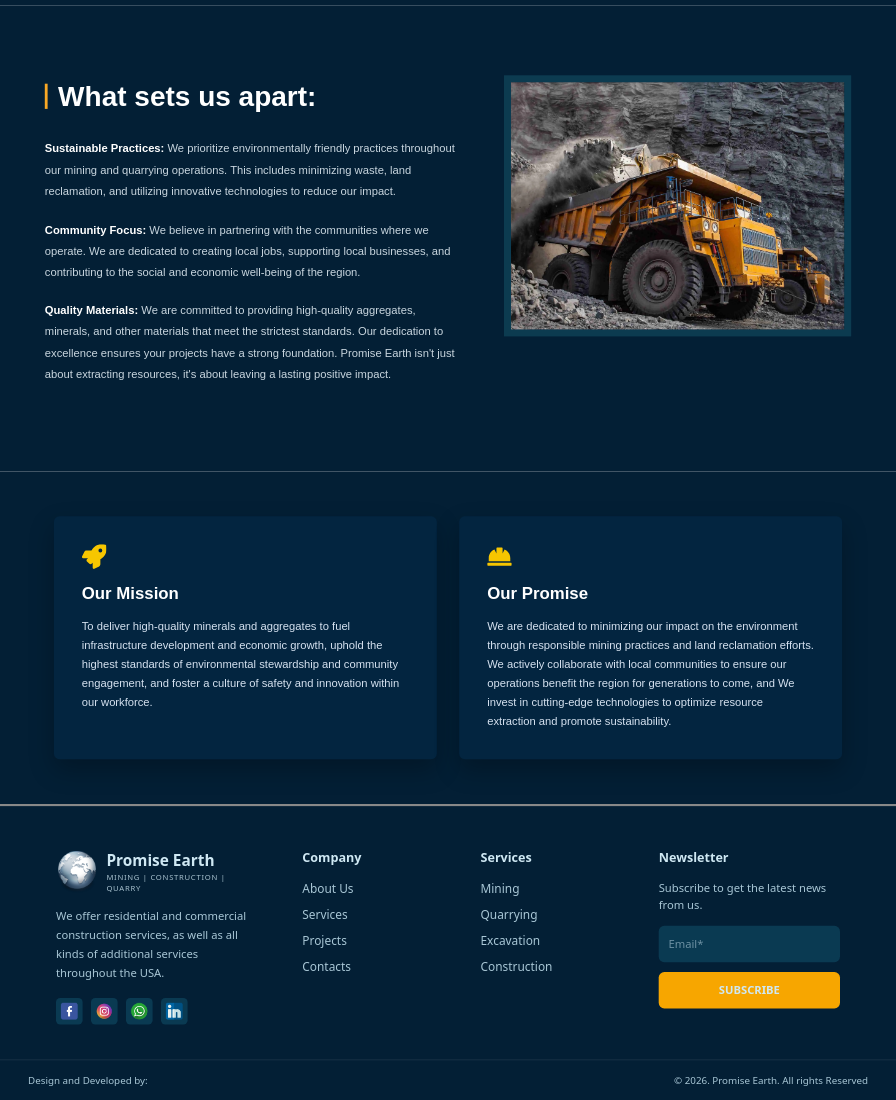
Repository: KC-Minchakpu/promise-earth
Page: /AboutUs
An editor plug-in stored every save of this project. The page is shown before and after the next save, followed by the edit.
The browser window is 1280 px wide. The pictures show the part of the page from y = 1501 to 3421 px (the page is 3073 px tall before and 3421 px after), at 70% of full size.
The project was rebuilt for these pictures with package versions that can differ from the ones it lists, and the page was loaded fresh each time. The framework's server and built-in components were replaced by stand-ins that run in the browser. Also part of the build but not shown: next.config.ts.

Above is the page before, as saved 2026-02-27 12:55:49.

### src/app/layout.tsx
import type { Metadata } from "next";
import { Play, Poppins } from "next/font/google";
import "./globals.css";
import Header from "@/components/Header/Header";
import Footer from "@/components/Footer/Footer";

const play = Play({
  variable: "--font-play",
  subsets: ["latin"],
  weight: ["400", "700"],
});

const poppins = Poppins({
  variable: "--font-poppins",
  subsets: ["latin"],
  weight: ["300", "400", "500", "600", "700"],
});

export const metadata: Metadata = {
  title: "Promise Earth | Home",
  description: "Promise Earth is a construction company that delivers high-quality projects with expertise and dedication.",
};

export default function RootLayout({
  children,
}: Readonly<{
  children: React.ReactNode;
}>) {
  return (
    <html lang="en">
      <body
        className={`${play.variable} ${poppins.variable} antialiased`}
      >
        <Header />
        {children}
        <Footer />
      </body>
    </html>
  );
}

### src/app/AboutUs/page.tsx
import AboutHero from "@/components/About/AboutHero";
import AboutSection from "@/components/About/AboutSection";
import MissionSection from "@/components/About/MissionSection";
import WhatSetsUsApart from "@/components/About/WhatSetsUsApart";


export default function AboutUsPage() {
  return (
    <>
      <AboutHero />
      <AboutSection />
      <WhatSetsUsApart />
      <MissionSection />
    </>
  );
}

### src/app/globals.css
@import "tailwindcss";

:root {
  --background: #ffffff;
  --foreground: #171717;
}


@media (prefers-color-scheme: dark) {
  :root {
    --background: #0a0a0a;
    --foreground: #ededed;
  }
}

body {
  background: var(--background);
  color: var(--foreground);
  font-family: Arial, Helvetica, sans-serif;
}

### src/components/Footer/Footer.tsx
// Footer.tsx
import styles from "./Footer.module.css";
import Link from "next/link";
import Image from "next/image";

export default function Footer() {
  return (
    <footer className={styles.footer}>
      <div className={styles.container}>
        {/* Column 1 */}
        <div className={styles.colBrand}>
          <div className={styles.logoRow}>
            <Image
            src="/images/globe.png"
            alt="Promise Earth logo"
            width={60}
            height={60}
            className={styles.logoImage}
            priority
            />
            <div>
              <div className={styles.brand}>Promise Earth</div>
              <div className={styles.subBrand}>MINING | CONSTRUCTION | QUARRY</div>
            </div>
          </div>

          <p className={styles.desc}>
            We offer residential and commercial construction services, as well
            as all kinds of additional services throughout the USA.
          </p>

          <div className={styles.socials}>
      <a
        href="https://www.facebook.com/yourpage"
        target="_blank"
        rel="noopener noreferrer"
        aria-label="Facebook"
        className={styles.social}
      >
        <Image
          src="/icons/facebook.png"
          alt="Facebook"
          width={24}
          height={24}
        />
      </a>

      <a
        href="https://www.instagram.com/yourpage"
        target="_blank"
        rel="noopener noreferrer"
        aria-label="Instagram"
        className={styles.social}
      >
        <Image
          src="/icons/instagram.png"
          alt="Instagram"
          width={24}
          height={24}
        />
      </a>

      <a
        href="https://whatsapp.com/yourpage"
        target="_blank"
        rel="noopener noreferrer"
        aria-label="WhatsApp"
        className={styles.social}
      >
        <Image
          src="/icons/whatsapp.png"
          alt="WhatsApp"
          width={24}
          height={24}
        />
      </a>

      <a
        href="https://www.linkedin.com/@yourchannel"
        target="_blank"
        rel="noopener noreferrer"
        aria-label="LinkedIn"
        className={styles.social}
      >
        <Image
          src="/icons/linkedin.png"
          alt="LinkedIn"
          width={24}
          height={24}
        />
      </a>
    </div>
        </div>

        {/* Column 2 */}
        <div className={styles.col}>
          <h4 className={styles.heading}>Company</h4>
          <ul className={styles.links}>
            <li><Link href="/sectors" className={styles.link}>About Us</Link></li>
            <li><Link href="/services" className={styles.link}>Services</Link></li>
            <li><Link href="/projects" className={styles.link}>Projects</Link></li>
            <li><Link href="/contacts" className={styles.link}>Contacts</Link></li>
          </ul>
        </div>

        {/* Column 3 */}
        <div className={styles.col}>
          <h4 className={styles.heading}>Services</h4>
          <ul className={styles.links}>
            <li><Link href="/services/project-management" className={styles.link}>Mining</Link></li>
            <li><Link href="/services/design-build" className={styles.link}>Quarrying</Link></li>
            <li><Link href="/services/remodeling" className={styles.link}>Excavation</Link></li>
            <li><Link href="/services/construction" className={styles.link}>Construction</Link></li>
          </ul>
        </div>

        {/* Column 4 */}
        <div className={styles.colNewsletter}>
          <h4 className={styles.heading}>Newsletter</h4>
          <p className={styles.newsText}>
            Subscribe to get the latest news from us.
          </p>

          <input
            type="email"
            placeholder="Email*"
            className={styles.input}
          />
          <button className={styles.button}>SUBSCRIBE</button>
        </div>
      </div>

      <div className={styles.bottomBar}>
        <span>Design and Developed by: </span>
        <span>&copy; 2026. Promise Earth. All rights Reserved</span>
      </div>
    </footer>
  );
}

### src/components/About/AboutHero.tsx
import Image from "next/image";
import styles from "./AboutHero.module.css";

const AboutHero = () => {
  return (
    <section className={styles.hero}>
      {/* Background Image */}
      <Image
        src="/images/excavation.jpg"
        alt="Breaking Gravel"
        fill
        priority
        className={styles.bgImage}
      />

      {/* Overlay */}
      <div className={styles.overlay} />

      {/* Content */}
      <div className={styles.content}>
        <span className={styles.label}>About Us</span>

        <h1 className={styles.title}>
          Promise Earth is a Mining, construction & engineering company that offers
          its services throughout Nigeria.
        </h1>
      </div>
    </section>
  );
};

export default AboutHero;

### src/components/About/AboutSection.tsx
import Image from "next/image";
import styles from "./AboutSection.module.css";

const AboutSection = () => {
  return (
    <section className={styles.section}>
      <div className={styles.container}>

        {/* Left Image */}
        <div className={styles.imageWrapper}>
          <div className={styles.imageFrame}>
            <Image
              src="/images/about.jpg"
              alt="Construction Gears"
              fill
              className={styles.image}
            />
          </div>
        </div>

        {/* Right Content */}
        <div className={styles.content}>
          <h2 className={styles.heading}>
            <span className={styles.accent}></span>
            About Promise Earth<span className={styles.dot}>.</span>
          </h2>

          <h2 className={styles.lead}>
            Building the Future, Responsibly
          </h2>

          <p>
            At Promise Earth, we are a leading mining and quarrying company committed to supplying the
            essential materials that fuel infrastructure development and economic growth. We extract
            and process a variety of minerals and aggregates, ensuring a steady supply for construction,
            manufacturing, and other vital industries.
          </p>

          <p>
            Our company has a rich history in the mining and quarrying industry,
            dating back to the early 2000s. Over the years, we have established a reputation for excellence,
            built on a foundation of:
          </p>

          <ul className={styles.list}>
            <li>Commitment to quality</li>
            <li>Environmental responsibility</li>
            <li>Safety focus</li>
            <li>Community Focus</li>
          </ul>
        </div>
      </div>
    </section>
  );
};

export default AboutSection;

### src/components/About/MissionSection.tsx
import styles from "./MissionSection.module.css";
import { FaRocket, FaHardHat } from "react-icons/fa";

const MissionSection = () => {
  return (
    <section className={styles.section}>
      <div className={styles.card}>
        <div className={styles.icon}>
          <FaRocket />
        </div>
        <h3 className={styles.title}>Our Mission</h3>
        <p className={styles.text}>
          To deliver high-quality minerals and aggregates to fuel infrastructure development and economic
          growth, uphold the highest standards of environmental stewardship and community engagement, and
          foster a culture of safety and innovation within our workforce.
        </p>
      </div>

      <div className={styles.card}>
        <div className={styles.icon}>
          <FaHardHat />
        </div>
        <h3 className={styles.title}>Our Promise</h3>
        <p className={styles.text}>
          We are dedicated to minimizing our impact on the environment through responsible mining
          practices and land reclamation efforts. We actively collaborate with local communities to
          ensure our operations benefit the region for generations to come, and We invest in cutting-edge
          technologies to optimize resource extraction and promote sustainability.
        </p>
      </div>
    </section>
  );
};

export default MissionSection;

### src/components/About/WhatSetsUsApart.tsx
import Image from "next/image";
import styles from "./WhatSetsUsApart.module.css";

const WhatSetsUsApart = () => {
  return (
    <section className={styles.section}>
      <div className={styles.container}>

        {/* LEFT CONTENT */}
        <div className={styles.textContent}>
          <h2 className={styles.heading}>
            <span className={styles.accent}></span>
            What sets us apart:
          </h2>

          <p>
            <span className={styles.bold}>Sustainable Practices:</span>{" "}
            We prioritize environmentally friendly practices throughout our
            mining and quarrying operations. This includes minimizing waste,
            land reclamation, and utilizing innovative technologies to reduce
            our impact.
          </p>

          <p>
            <span className={styles.bold}>Community Focus:</span>{" "}
            We believe in partnering with the communities where we operate. We
            are dedicated to creating local jobs, supporting local businesses,
            and contributing to the social and economic well-being of the
            region.
          </p>

          <p>
            <span className={styles.bold}>Quality Materials:</span>{" "}
            We are committed to providing high-quality aggregates, minerals,
            and other materials that meet the strictest standards. Our
            dedication to excellence ensures your projects have a strong
            foundation. Promise Earth isn&apos;t just about extracting resources,
            it&apos;s about leaving a lasting positive impact.
          </p>
        </div>

        {/* RIGHT IMAGE */}
        <div className={styles.imageWrapper}>
          <div className={styles.imageFrame}>
            <Image
              src="/images/Mining-3.webp"
              alt="Mining truck at quarry site"
              fill
              className={styles.image}
            />
          </div>
        </div>

      </div>
    </section>
  );
};

export default WhatSetsUsApart;

### src/components/Header/Header.module.css
.header {
  position: sticky;
  top: 0;
  z-index: 9999;
  transition: all 0.3s ease;
}

.scrolled {
  box-shadow: 0 6px 20px rgba(0, 0, 0, 0.15);
}

.topBar {
  background: linear-gradient(to right, #0f2b3a, #0c1f2a);
  color: #ffffff;
  font-size: 14px;
  font-family: "Play", sans-serif;
  border-bottom: 1px solid #888888;
}

.topContainer {
  max-width: 1200px;
  margin: auto;
  padding: 8px 20px;
  display: flex;
  justify-content: space-between;
  align-items: center;
}

.topLeft span {
  margin-right: 25px;
}

.topRight a {
  margin-left: 8px;
  display: inline-block;
}

/* NAVBAR */
.navbar {
  background: #0d2533;
  color: white;
}

.navContainer {
  max-width: 1200px;
  margin: auto;
  padding: 18px 20px;
  display: flex;
  align-items: center;
  justify-content: space-between;
}

/* LOGO */
.logo {
  display: flex;
  align-items: center;
  gap: 10px;
  font-size: 28px;
  font-weight: bold;
  font-family: "Play", sans-serif;
  text-decoration: none;
  color: white;
}

/* NAV LINKS */
.navLinks {
  display: flex;
  align-items: center;
  gap: 30px;
}

.navLinks a {
  color: white;
  text-decoration: none;
  font-size: 19px;
  font-weight: 500;
  transition: color 0.3s ease;
  font-family: "Play", sans-serif;
}

.navLinks a:hover {
  color: #ffae00;
}

.active {
  color: #ffbb00 !important;
}

/* DROPDOWN  */
.dropdown {
  position: relative;
}

.dropBtn {
  background: none;
  border: none;
  color: white;
  font-weight: 500;
  font-size: 19px;
  display: flex;
  align-items: center;
  gap: 5px;
  cursor: pointer;
  transition: color 0.3s ease;
}

.dropBtn:hover {
  color: #ffc400;
}

.dropdownMenu {
  position: absolute;
  top: 100%;
  left: 0;
  margin-top: 0;
  background: #111111;
  min-width: 250px;
  border-radius: 6px;
  box-shadow: 0 10px 25px rgba(0, 0, 0, 0.15);
  opacity: 0;
  transform: translateY(10px);
  pointer-events: none;
  transition: all 0.25s ease;
}

.showDropdown {
  opacity: 1;
  transform: translateY(0);
  pointer-events: auto;
}

.dropdownMenu a {
  display: block;
  padding: 12px 18px;
  color: #ffffff;
  text-decoration: none;
  transition: background 0.3s ease;
}

.dropdownMenu a:hover {
   color: #ffc400;
}

/* CTA  */
.cta a {
  background: #ff6600;
  padding: 12px 24px;
  border-radius: 6px;
  color: white;
  text-decoration: none;
  font-weight: bold;
  transition: all 0.3s ease;
}

.cta a:hover {
  background: #e65c00;
  transform: translateY(-2px);
}

/*  MOBILE  */
.mobileToggle {
  display: none;
  cursor: pointer;
}

@media (max-width: 992px) {
  .navLinks {
    position: absolute;
    top: 80px;
    left: 0;
    width: 100%;
    background: #0d2533;
    flex-direction: column;
    padding: 20px;
    display: none;
  }

  .show {
    display: flex;
  }

  .cta {
    display: none;
  }

  .mobileToggle {
    display: block;
  }

  .dropdownMenu {
    position: relative;
    top: 0;
    box-shadow: none;
    opacity: 1;
    transform: none;
    pointer-events: auto;
    background: #112f40;
  }

  .dropdownMenu a {
    color: white;
  }
}

### src/components/Footer/Footer.module.css
.footer {
  background: #031f35;
  color: #cfe8f3;
  padding-top: 60px;
  font-family: system-ui, -apple-system, Segoe UI, Roboto, sans-serif;
  border-top: 3px solid #888888;
}

.container {
  max-width: 1200px;
  margin: 0 auto;
  display: grid;
  grid-template-columns: 1.5fr 1fr 1fr 1.2fr;
  gap: 60px;
  padding: 0 40px 50px;
}

.logoRow {
  display: flex;
  align-items: center;
  gap: 12px;
  margin-bottom: 18px;
}

.logoIcon {
  font-size: 34px;
}

.brand {
  font-size: 22px;
  font-weight: 700;
}

.subBrand {
  font-size: 11px;
  letter-spacing: 1px;
  opacity: 0.8;
}

.desc {
  margin-top: 10px;
  line-height: 1.7;
  color: #a9c7d6;
}

.socials {
  margin-top: 22px;
  display: flex;
  gap: 12px;
}

.social {
  width: 38px;
  height: 38px;
  display: grid;
  place-items: center;
  background: #0a3a52;
  border-radius: 6px;
  cursor: pointer;
  font-size: 14px;
}

.heading {
  font-size: 18px;
  font-weight: 700;
  margin-bottom: 18px;
}

.links {
  list-style: none;
  font-family: "Play" sans-serif;
  font-size: 17px;
  padding: 0;
  margin: 0;
  display: grid;
  gap: 12px;
  color: #a9c7d6;
}
 .links :hover {
    color: #f7a600;
    text-decoration: underline;
 }

.colNewsletter {
  display: flex;
  flex-direction: column;
}

.newsText {
  color: #a9c7d6;
  margin-bottom: 18px;
}

.input {
  background: #0a3a52;
  border: none;
  padding: 14px;
  border-radius: 8px;
  color: #cfe8f3;
  margin-bottom: 14px;
}

.button {
  background: #f7a600;
  border: none;
  padding: 14px;
  border-radius: 8px;
  font-weight: 700;
  cursor: pointer;
}

.bottomBar {
  border-top: 1px solid rgba(255,255,255,0.1);
  display: flex;
  justify-content: space-between;
  padding: 18px 40px;
  color: #a9c7d6;
  font-size: 14px;
}

### src/components/About/AboutHero.module.css
.hero {
  position: relative;
  width: 100%;
  height: 75vh;
  min-height: 480px;
  display: flex;
  align-items: center;
  overflow: hidden;
}

.bgImage {
  object-fit: cover;
  object-position: center;
  z-index: 0;
}

.overlay {
  position: absolute;
  inset: 0;
  background: rgba(6, 20, 35, 0.7);
  z-index: 1;
}

.content {
  position: relative;
  z-index: 2;
  max-width: 720px;
  padding: 0 4rem;
  color: #ffffff;
}

.label {
  display: inline-block;
  font-size: 1.75rem;
  font-weight: 700;
  margin-bottom: 1rem;
  position: relative;
  padding-left: 1rem;
}

.label::before {
  content: "";
  position: absolute;
  left: 0;
  top: 50%;
  width: 4px;
  height: 70%;
  background-color: #f9a825;
  transform: translateY(-50%);
}

.title {
  font-size: 1.25rem;
  line-height: 1.8;
  font-weight: 400;
  color: #e5e7eb;
}

/* Responsive */
@media (max-width: 768px) {
  .content {
    padding: 0 1.5rem;
  }

  .label {
    font-size: 1.5rem;
  }

  .title {
    font-size: 1.1rem;
  }
}

### src/components/About/AboutSection.module.css
.section {
  background-color: #031f35;
  padding: 100px 0;
  color: #ffffff;
}

.container {
  width: 90%;
  max-width: 1200px;
  margin: 0 auto;
  display: grid;
  grid-template-columns: 1fr 1.2fr;
  gap: 60px;
  align-items: center;
}

/* IMAGE */

.imageWrapper {
  display: flex;
  justify-content: center;
}

.imageFrame {
  position: relative;
  width: 100%;
  max-width: 500px;
  aspect-ratio: 4 / 5;
  border: 10px solid #0c3b50;
}

.image {
  object-fit: cover;
}

/* CONTENT */

.content {
  display: flex;
  flex-direction: column;
  gap: 20px;
}

.heading {
  display: flex;
  align-items: center;
  font-size: 2.5rem;
  font-weight: 700;
  margin-bottom: 10px;
  position: relative;
}

.accent {
  width: 4px;
  height: 35px;
  background-color: #f9a825;
  margin-right: 15px;
}

.dot {
  color: #00bfff;
}

.lead {
  font-weight: 600;
  color: #d6e2ea;
  font-size: 2rem;
}

.content p {
  color: #c9d6df;
  line-height: 1.8;
  font-size: 1rem;
}

/* LIST */

.list {
  list-style: none;
  padding: 0;
  margin-top: 10px;
}

.list li {
  position: relative;
  padding-left: 20px;
  margin-bottom: 10px;
  color: #ffffff;
}

.list li::before {
  content: "–";
  position: absolute;
  left: 0;
  color: #00bfff;
  font-weight: bold;
}

/* RESPONSIVE */

@media (max-width: 992px) {
  .container {
    grid-template-columns: 1fr;
    text-align: center;
  }

  .heading {
    justify-content: center;
  }

  .accent {
    display: none;
  }

  .imageFrame {
    max-width: 400px;
  }
}

### src/components/About/MissionSection.module.css
.section {
  display: flex;
  gap: 2rem;
  padding: 4rem 6%;
  background: #031f35;
}

.card {
  flex: 1;
  background-color: #032540;
  padding: 2.5rem;
  border-radius: 8px;
  box-shadow: 0 15px 35px rgba(0, 0, 0, 0.25);
  color: #ffffff;
}

.icon {
  font-size: 2.2rem;
  color: #f7c600;
  margin-bottom: 1rem;
}

.title {
  font-size: 1.5rem;
  font-weight: 700;
  margin-bottom: 1rem;
}

.text {
  font-size: 1rem;
  line-height: 1.7;
  color: #d6e2f0;
}

/* Responsive */
@media (max-width: 768px) {
  .section {
    flex-direction: column;
  }
}

### src/components/About/WhatSetsUsApart.module.css
.section {
  background-color: #031f35;
  padding: 100px 0;
  color: #ffffff;
}

.container {
  width: 90%;
  max-width: 1200px;
  margin: 0 auto;
  display: grid;
  grid-template-columns: 1.2fr 1fr;
  gap: 60px;
  align-items: start;
}

/* TEXT */

.textContent {
  color: #ffffff;
}

.heading {
  display: flex;
  align-items: center;
  font-size: 2.5rem;
  font-weight: 700;
  margin-bottom: 30px;
}

.accent {
  width: 4px;
  height: 36px;
  background-color: #f9a825;
  margin-right: 15px;
}

.textContent p {
  font-size: 1rem;
  line-height: 1.9;
  color: #c9d6df;
  margin-bottom: 24px;
}

.bold {
  font-weight: 700;
  color: #ffffff;
}

/* IMAGE */

.imageWrapper {
  display: flex;
  justify-content: center;
}

.imageFrame {
  position: relative;
  width: 100%;
  max-width: 520px;
  aspect-ratio: 4 / 3;
  border: 10px solid #0c3b50; /* SAME frame style */
}

.image {
  object-fit: cover;
}

/* RESPONSIVE */

@media (max-width: 992px) {
  .container {
    grid-template-columns: 1fr;
    gap: 40px;
  }

  .heading {
    justify-content: center;
    text-align: center;
  }

  .accent {
    display: none;
  }

  .imageFrame {
    max-width: 420px;
  }
}

### src/components/About/CallToAction.tsx
import styles from "./CallToAction.module.css";

const CallToAction = () => {
  return (
    <section className={styles.cta}>
      <h2 className={styles.heading}>
        Contact Us to Specify Your Next
        <br />
        Project Details Right Now!
      </h2>

      <button className={styles.button}>
        REQUEST A QUOTE
      </button>
    </section>
  );
};

export default CallToAction;

### src/components/About/CallToAction.module.css
.cta {
  padding: 5rem 6%;
  background: #031f35;
  text-align: center;
}

.heading {
  font-size: 2.2rem;
  font-weight: 800;
  color: #ffffff;
  line-height: 1.4;
  margin-bottom: 2.5rem;
}

.button {
  background-color: #ffb400;
  color: #ffffff;
  border: none;
  padding: 0.9rem 2.5rem;
  font-size: 0.85rem;
  font-weight: 700;
  letter-spacing: 1px;
  border-radius: 8px;
  cursor: pointer;
  transition: all 0.25s ease;
}

.button:hover {
  background-color: #e6a200;
  transform: translateY(-2px);
  box-shadow: 0 10px 25px rgba(0, 0, 0, 0.25);
}

/* Responsive */
@media (max-width: 768px) {
  .heading {
    font-size: 1.7rem;
  }
}

Loaded but not shown: src/components/Header/Header.tsx (185 lines, source omitted)

After the next save:
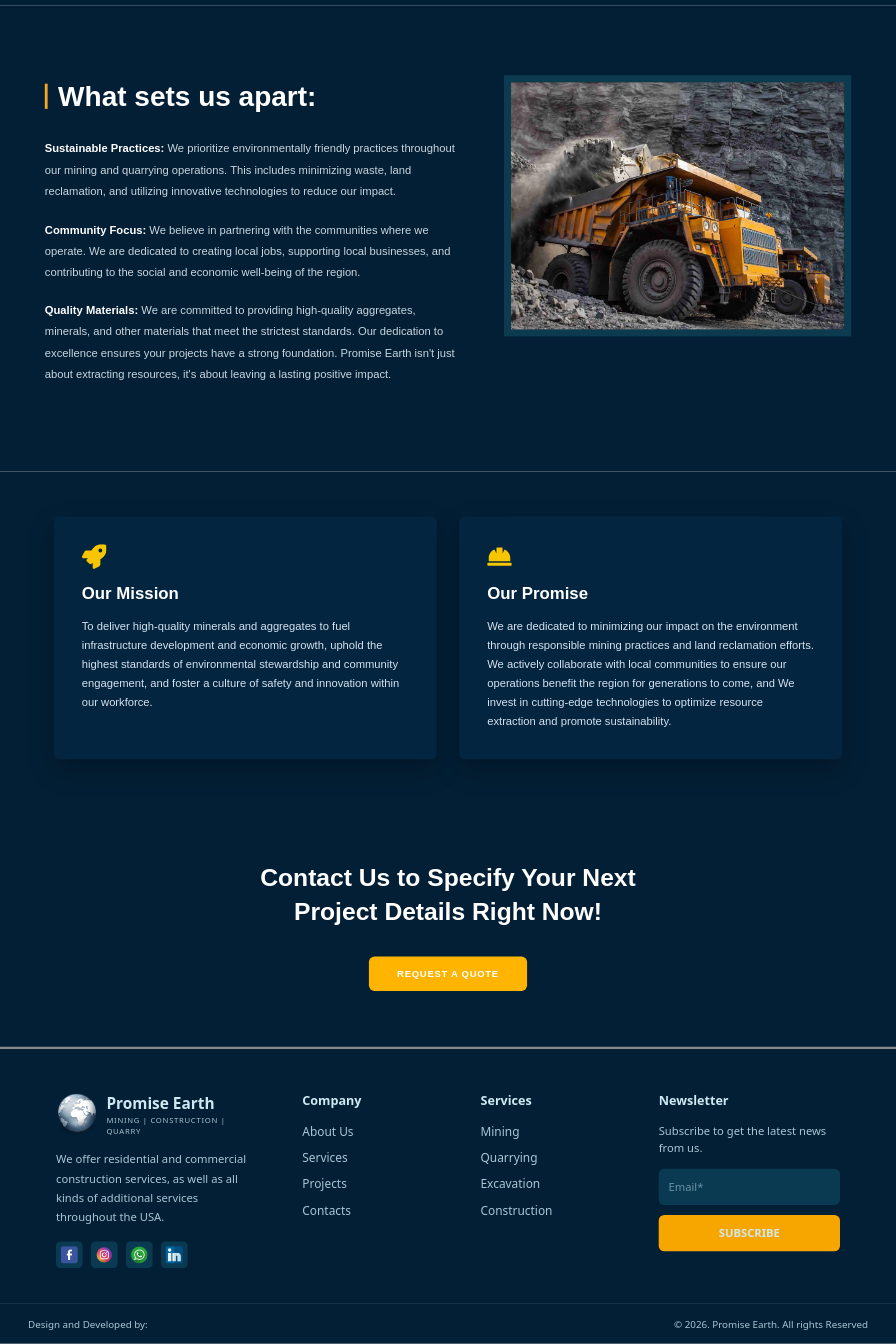
Saved 45 s later.
--- a/src/app/AboutUs/page.tsx
+++ b/src/app/AboutUs/page.tsx
@@ -1,5 +1,6 @@
 import AboutHero from "@/components/About/AboutHero";
 import AboutSection from "@/components/About/AboutSection";
+import CallToAction from "@/components/About/CallToAction";
 import MissionSection from "@/components/About/MissionSection";
 import WhatSetsUsApart from "@/components/About/WhatSetsUsApart";
 
@@ -11,6 +12,7 @@ export default function AboutUsPage() {
       <AboutSection />
       <WhatSetsUsApart />
       <MissionSection />
+      <CallToAction />
     </>
   );
 }
